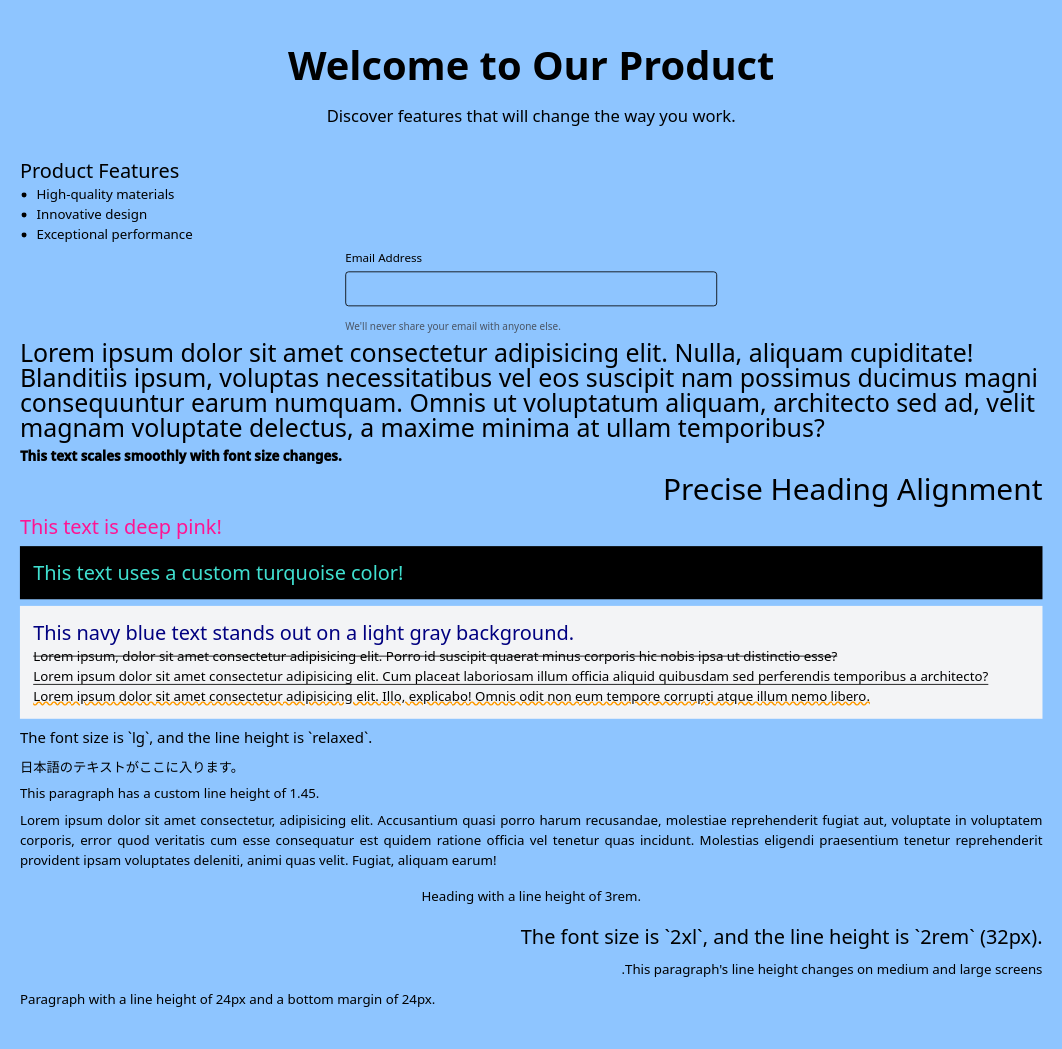
Repository: DinTri/TailwindCss
Page: index.html
The author's editor kept a copy of each file at every save. The page is drawn from the files as they stood at one save, then again after the next save.
The browser window is 1280 px wide. The pictures show the whole page, at 83% of full size.
Some web fonts or font styles are not loaded; a fallback is used.

Above is the page before, as saved 2025-06-09 22:37:49.

After the next save:
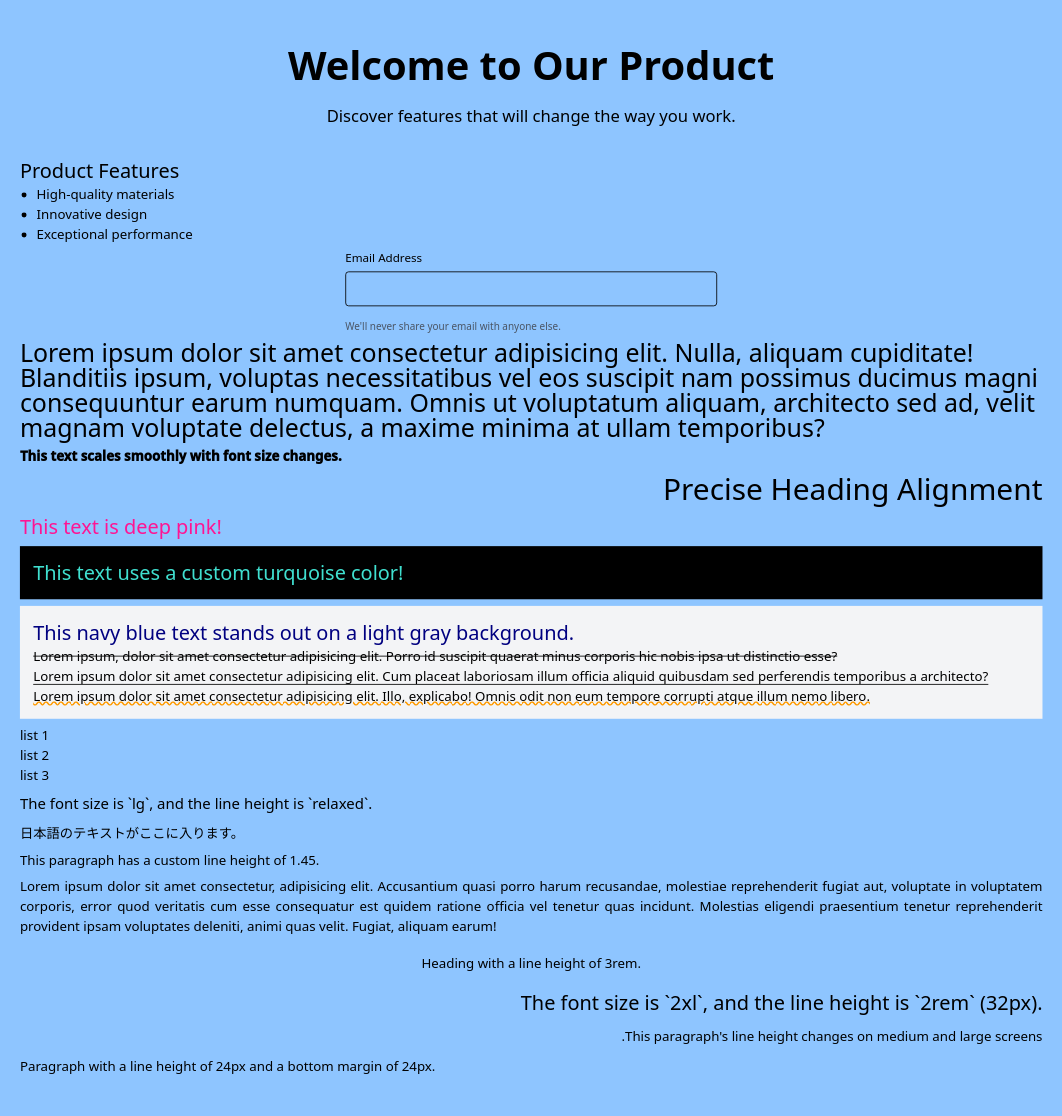
Saved 118 s later.
--- a/index.html
+++ b/index.html
@@ -61,6 +61,11 @@
   <p class="underline underline-offset-4">Lorem ipsum dolor sit amet consectetur adipisicing elit. Cum placeat laboriosam illum officia aliquid quibusdam sed perferendis temporibus a architecto?</p>
   <p class="underline decoration-amber-500 decoration-wavy">Lorem ipsum dolor sit amet consectetur adipisicing elit. Illo, explicabo! Omnis odit non eum tempore corrupti atque illum nemo libero.</p>
 </div>
+<ul>
+  <li>list 1</li>
+  <li>list 2</li>
+  <li>list 3</li>
+</ul>
 <p class="text-lg/relaxed">
   The font size is `lg`, and the line height is `relaxed`.
 </p>
